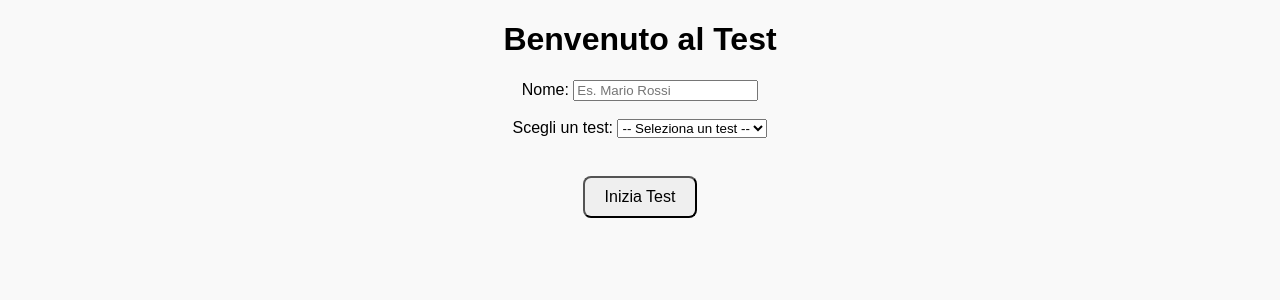
Repository: Probyte5D/Test-Task
Page: wwwroot/index.html
An editor plug-in stored every save of this project. The page is shown before and after the next save, followed by the edit.
The browser window is 1280 px wide. The pictures show the whole page.
The page's requests for data from a server got no answer.

Above is the page before, as saved 2025-10-22 20:21:50.

After the next save:
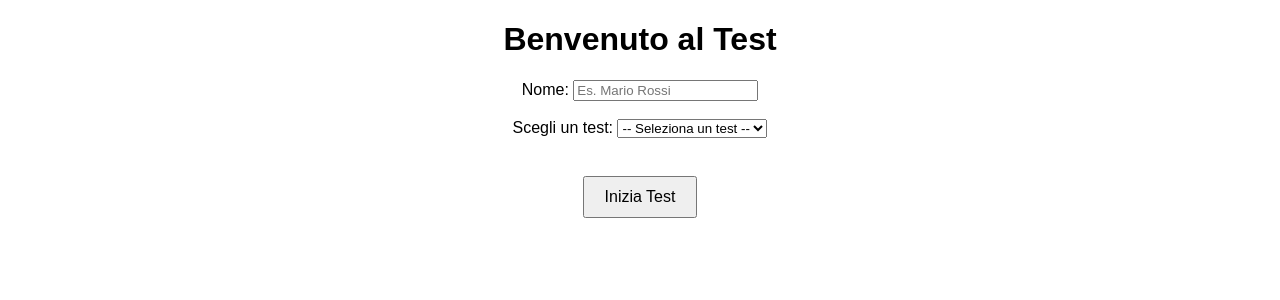
Saved 8 s later.
--- a/wwwroot/index.html
+++ b/wwwroot/index.html
@@ -4,16 +4,16 @@
 <meta charset="UTF-8">
 <title>Test System</title>
 <style>
-    body { font-family: Arial; margin: 20px; text-align: center; background: #f9f9f9; }
+    body { font-family: Arial; margin: 20px; text-align: center; }
     .hidden { display: none; }
-    .question-card { margin-bottom: 20px; padding: 20px; border-radius: 10px; box-shadow: 0 2px 8px rgba(0,0,0,0.2); display: inline-block; text-align: left; background: #fff; }
+    .question-card { margin-bottom: 20px; padding: 20px; border-radius: 10px; box-shadow: 0 2px 8px rgba(0,0,0,0.2); display: inline-block; text-align: left; }
     .progress { width: 100%; background: #eee; height: 20px; margin-bottom: 20px; border-radius: 10px; }
     .progress-bar { width: 0; height: 100%; background: #4caf50; border-radius: 10px; transition: width 0.3s; }
     .answer-btn { display: block; width: 300px; margin: 10px auto; padding: 15px; font-size: 16px; border: none; border-radius: 8px; cursor: pointer; transition: transform 0.2s; }
     .answer-btn:hover { transform: scale(1.05); }
     .answer-btn.correct { background-color: #4caf50; color: white; }
     .answer-btn.wrong { background-color: #f44336; color: white; }
-    button { margin-top: 20px; padding: 10px 20px; font-size: 16px; cursor: pointer; border-radius: 8px; }
+    button { margin-top: 20px; padding: 10px 20px; font-size: 16px; cursor: pointer; }
 </style>
 </head>
 <body>
@@ -101,26 +101,13 @@ function updateProgress() {
 
 function selectAnswer(index) {
     const q = currentTest.questions[currentQuestionIndex];
-    const buttons = document.querySelectorAll('.answer-btn');
-
-    // Evidenzia la scelta corretta o sbagliata
-    buttons.forEach((btn, i) => {
-        if (i === index) {
-            btn.classList.add(q.options[i].isCorrect ? 'correct' : 'wrong');
-        }
-        btn.disabled = true; // disabilita tutti i bottoni dopo la scelta
-    });
-
     if (q.options[index].isCorrect) correctAnswers++;
-
-    setTimeout(() => {
-        currentQuestionIndex++;
-        if (currentQuestionIndex >= currentTest.questions.length) {
-            finishTest();
-        } else {
-            showQuestion();
-        }
-    }, 500);
+    currentQuestionIndex++;
+    if (currentQuestionIndex >= currentTest.questions.length) {
+        finishTest();
+    } else {
+        showQuestion();
+    }
 }
 
 async function finishTest() {
@@ -129,7 +116,6 @@ async function finishTest() {
     document.getElementById('resultText').textContent =
         `Ciao ${document.getElementById('userName').value}, hai risposto correttamente a ${correctAnswers} su ${currentTest.questions.length} domande.`;
 
-    // Salvataggio del risultato su MongoDB
     await fetch('http://localhost:5155/api/UserResult', {
         method: 'POST',
         headers: { 'Content-Type': 'application/json' },
